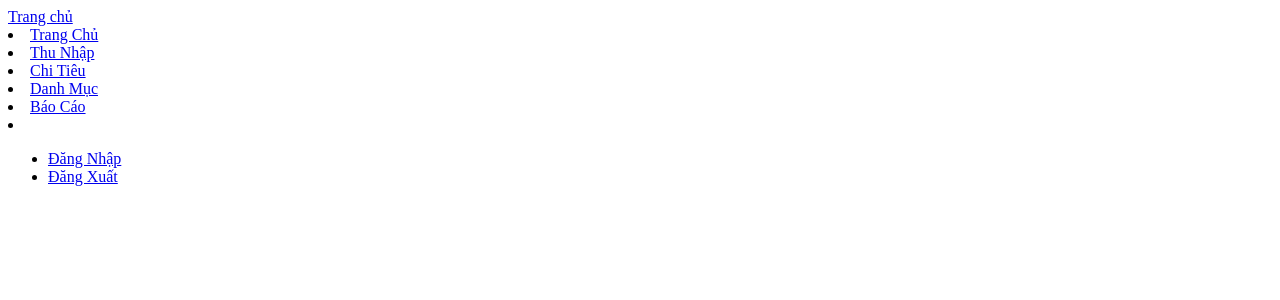
Repository: Dien973/expense_manager
Page: http://localhost/expense_manager/user_page/header.php
The author's editor kept a copy of each file at every save. The page is drawn from the files as they stood at one save, then again after the next save.
The browser window is 1280 px wide. The pictures show the whole page.
The page is run by PHP 8.4 with error messages shown; the project is at /var/www/html/.

Above is the page before, as saved 2025-12-05 18:27:43.

### user_page/header.php
<?php
if(isset($message)){
   foreach($message as $message){
      echo '
      <div class="message">
         <span>'.$message.'</span>
         <i class="fas fa-times" onclick="this.parentElement.remove();"></i>
      </div>
      ';
   }
}
?>

<header class="header">

    <div class="flex">

        <a href="home.php" class="logo">Trang chủ</a>

        <li><a href="home.php">Trang Chủ</a></li>
        <li><a href="income.php">Thu Nhập </a></li>
        <li><a href="expense.php">Chi Tiêu</a></li>
        <li><a href="category.php">Danh Mục</a></li>
        <!--li><a href="budget.php">Ngân Sách</a></li-->
        <li><a href="report.php">Báo Cáo</a></li>
        <li><a href="#" id="user-btn" class="fas fa-user"></a>
            <ul>
                <li><a href="login.php">Đăng Nhập</a></li>
                <li><a href="signup.php">Đăng Xuất</a></li>
            </ul>
        </li>

        <!--div class="icons">
            <a href="account_page.php" id="user-btn" class="fas fa-user"></a>
        </div-->



    </div>

</header>

After the next save:
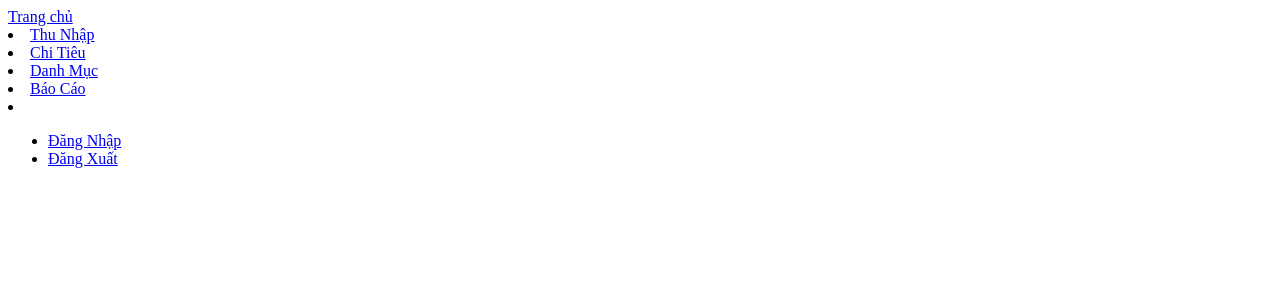
Saved 89 s later.
--- a/user_page/header.php
+++ b/user_page/header.php
@@ -16,8 +16,6 @@ if(isset($message)){
     <div class="flex">
 
         <a href="home.php" class="logo">Trang chủ</a>
-
-        <li><a href="home.php">Trang Chủ</a></li>
         <li><a href="income.php">Thu Nhập </a></li>
         <li><a href="expense.php">Chi Tiêu</a></li>
         <li><a href="category.php">Danh Mục</a></li>
